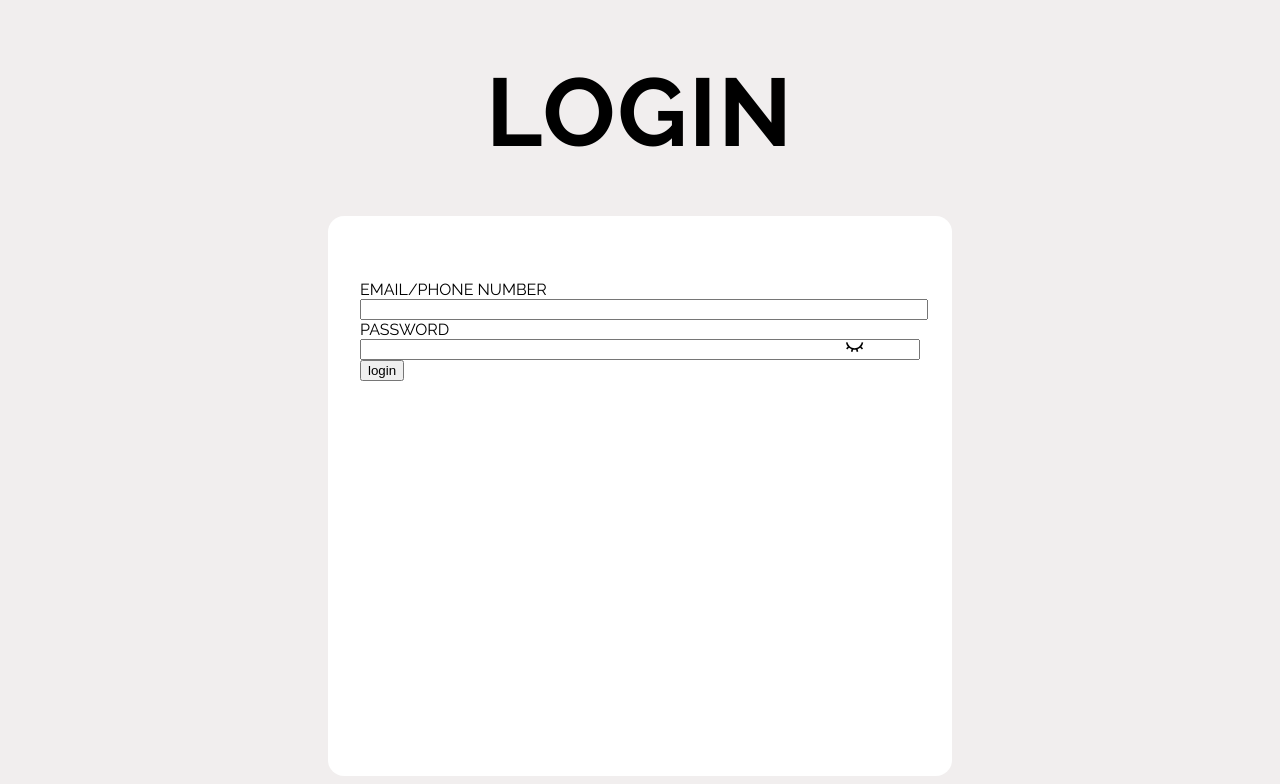
Repository: rehamtaher10/thirdReactTask
Page: /
These files come from the project's save history. The page is drawn as it stood at one moment and after a run of saves; the edit follows.
The browser window is 1280 px wide. The pictures show the whole page.
The project was rebuilt for these pictures with package versions that can differ from the ones it lists, and the page was loaded fresh each time. Also part of the build but not shown: vite.config.js, src/components/HomePage/Home.jsx, src/style/navBar.css, src/components/Navbar.jsx, src/components/Layout/Layout.jsx, src/components/AboutPage/About.jsx, src/style/contactUs.css, src/components/ContactUsPage/ContactUs.jsx and 2 more.

Above is the page before, as saved 2024-12-02 00:43:50.

### src/App.jsx
import React from "react";
import Home from "./components/HomePage/Home";
import { createBrowserRouter, RouterProvider } from "react-router-dom";
import Layout from "./components/Layout/Layout";
import About from "./components/AboutPage/About";
import ContactUs from "./components/ContactUsPage/ContactUs";
import Service from "./components/ServicePage/Service";
import LoginPage from "./components/loginPage/LoginPage"

export default function App() {
  const Routing = createBrowserRouter([
    { path: "", element: <LoginPage /> },
    {
      path: "home",
      element: <Layout />,
      // errorElement: <h1>404 Not Found</h1>,
      children: [
        { path: "", element: <Home /> },
        { path: "about", element: <About /> },
        { path: "service", element: <Service /> },
        {
          path: "contact",
          element: <ContactUs />,
          children: [
            { index: true, element: <h1>Contact us Form</h1> },
            { path: "location", element: <h1>Contact us Location</h1> },
            { path: "emails", element: <h1>Contact us Emails</h1> },
            { path: "phone-number", element: <h1>Phone Number</h1> },
          ],
        },
        { path: "*", element: <section>Not Found Page</section> },
      ],
    },
  ]);
  return <RouterProvider router={Routing} />;
}

### src/components/loginPage/LoginPage.jsx
import { Form, Formik } from "formik";
import React from "react";
import { useNavigate } from "react-router-dom";
import * as Yup from "yup";
import WrapperInput from "../wrapperInput/WrapperInput";
import "../../style/loginPage.css";
export default function LoginPage() {
  const navigate = useNavigate();

  const validationSchema = Yup.object({
    email: Yup.string()
      .email("Must Be Like E-mail Format")
      .required("E-mail is Requird"),
    password: Yup.string().min(7).max(15).required("Password is Requird"),
  });
  const initialValues = {
    email: "",
    password: "",
  };
  const onSubmit = (values) => {
    console.log(values);
    navigate("/home");
  };

  return (
    <div className="loginComponent">
      <h1>Login</h1>
      <Formik
        initialValues={initialValues}
        onSubmit={onSubmit}
        validationSchema={validationSchema}
      >
        <Form>

          <WrapperInput name={"email"} label="Email/PHONE NUMBER" isDefault />
          <WrapperInput name={"password"}  label="PASSWORD" isPassword />
          <button type="submit">login</button>
        </Form>
      </Formik>
    </div>
  );
}

### src/components/wrapperInput/WrapperInput.jsx
import { ErrorMessage, Field } from "formik";
import React from "react";
import ErrorMessageField from "./ErrorMessageField";
import { RiEyeLine, RiEyeCloseLine } from "react-icons/ri";
import { useState } from "react";

export default function WrapperInput({
  name,
  placeholder,
  isDefault,
  isPassword,
  label,
}) {
  const [showPassword, setShowPassword] = useState(false);

  const togglePasswordVisibility = () => {
    setShowPassword((prev) => !prev);
  };
  return (
    <div className="wrapper_input">
      {label && <label htmlFor={name}>{label}</label>}
      <br />
      {isDefault && <Field name={name} placeholder={placeholder} />}
      {isPassword && (
        <div className="password-wrapper">
          <Field id={name} name={name}>
            {({ field }) => (
              <input
                type={showPassword ? "text" : "password"}
                {...field}
                placeholder={placeholder}
                autoComplete="off" /* Disables browser icon */
                className="custom-password-input"
              />
            )}
          </Field>
          <button
            type="button"
            onClick={togglePasswordVisibility}
            className="toggle-password-btn"
            aria-label="Toggle password visibility"
          >
            {showPassword ? <RiEyeLine /> : <RiEyeCloseLine />}
          </button>
        </div>
      )}
      <ErrorMessage name={name} component={ErrorMessageField} />
    </div>
  );
}

// React Basics (Folder Structure - Components - Props - State)
// Style (External - Sass + Bem - Bootrstrap  - MUI)
// Hooks (UseState - UseEffect - UseContext - UseRef)
// Routes (React Router Dom)
// Formik + Yup
// State Management (React Query + Redux)

### src/style/loginPage.css
@import url('https://fonts.googleapis.com/css2?family=Raleway:ital,wght@0,100..900;1,100..900&display=swap');

body {
  background-color: rgb(241, 238, 238);
}
.loginComponent {
  display: flex;
  flex-direction: column;
  justify-content: center;
  align-items: center;
}
.loginComponent h1 {
  font-family: "Raleway", sans-serif;
  font-size: 6rem;
  text-transform: uppercase;
  letter-spacing: 2px;
  margin-block: 3rem;
}
.loginComponent form{
    font-family: "Raleway", sans-serif;
    text-transform: uppercase;
    background-color: white;
    width: 35rem;
    height: 27rem;
    border-radius: 1rem;
    padding-inline: 2rem;
    padding-block: 4rem;
}
.loginComponent form input{
    width: 100%;
}
.error {
    color: #ba1420;
  }
  .password-wrapper {
    position: relative;
    display: flex;
    align-items: center;
  }

  .toggle-password-btn {
    position: absolute;
    right: 50px;
    background: none;
    border: none;
    cursor: pointer;
    font-size: 1.2rem;
  }
  .custom-password-input::-ms-reveal,
  .custom-password-input::-ms-clear {
    display: none;
  }

  .custom-password-input::-webkit-inner-spin-button,
  .custom-password-input::-webkit-outer-spin-button,
  .custom-password-input::-webkit-textfield-decoration-container {
    display: none;
  }

  .custom-password-input {
    -webkit-text-security: none; /* Removes browser styling */
  }

Loaded but not shown: index.html (common file); src/main.jsx (common file)

After the next 3 saves:
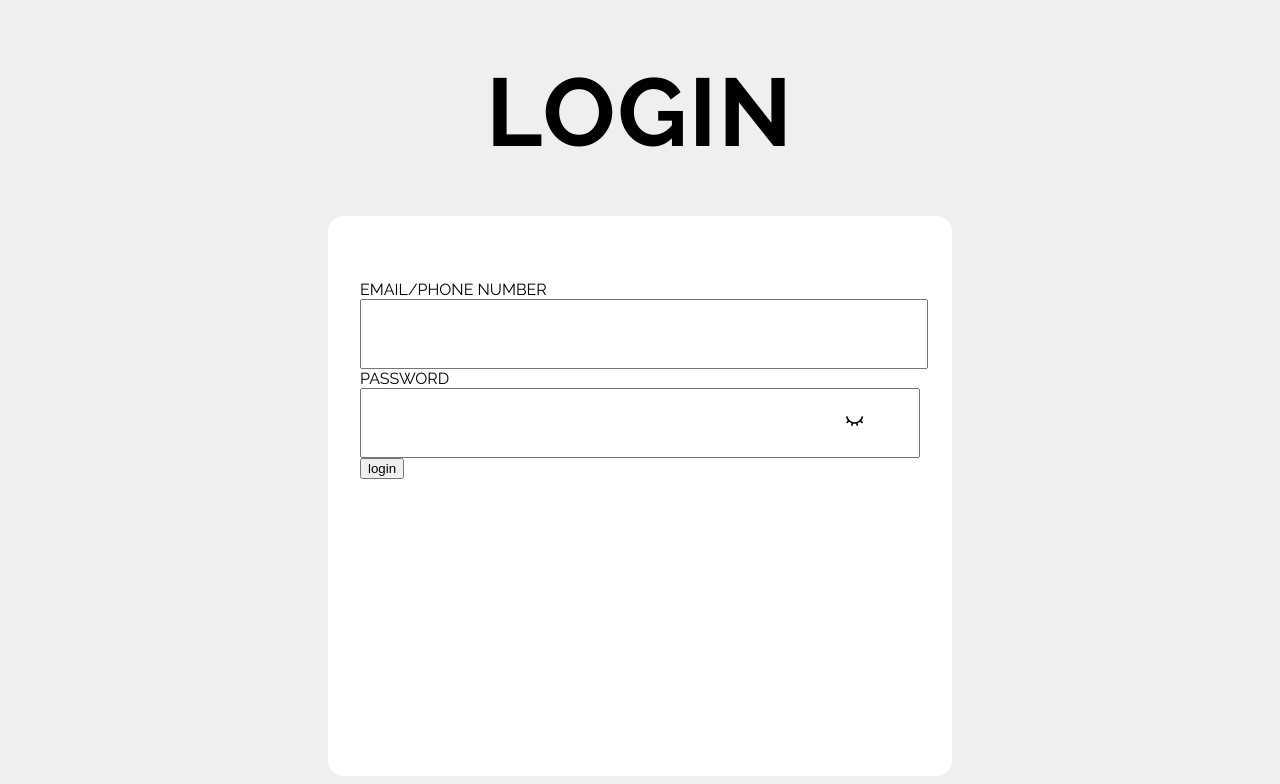
The 3 saves are shown as one change because they came seconds apart.
The last was saved 19 s later.
--- a/src/style/loginPage.css
+++ b/src/style/loginPage.css
@@ -28,6 +28,7 @@ body {
 }
 .loginComponent form input{
     width: 100%;
+    height: 4rem;
 }
 .error {
     color: #ba1420;
